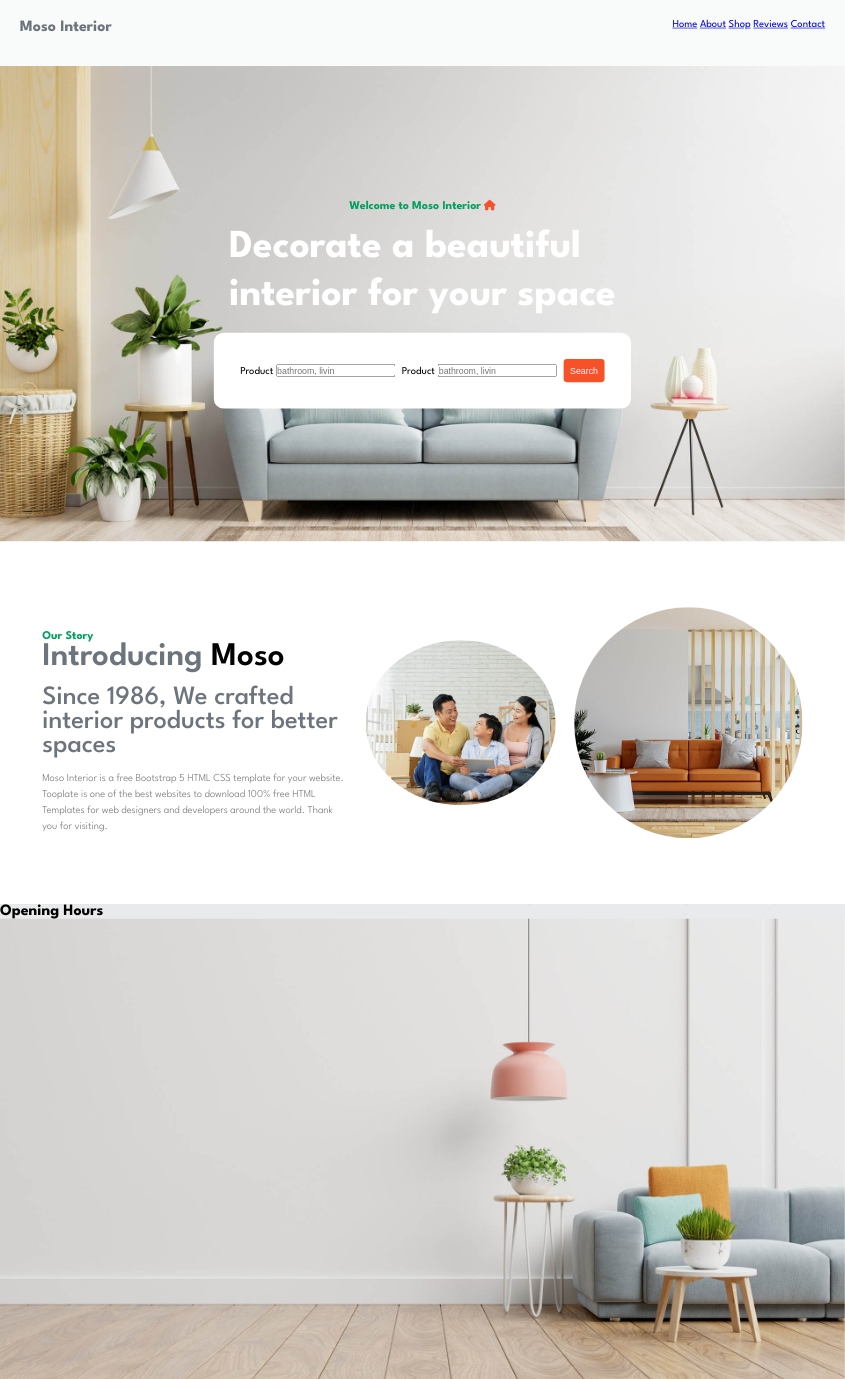
Repository: mariamnabil23/furniture
Page: index.html
An editor plug-in stored every save of this project. The page is shown before and after the next save, followed by the edit.
The browser window is 1280 px wide. The pictures show the whole page, at 66% of full size.
Some web fonts or font styles are not loaded; a fallback is used.

Above is the page before, as saved 2024-10-30 16:46:56.

After the next save:
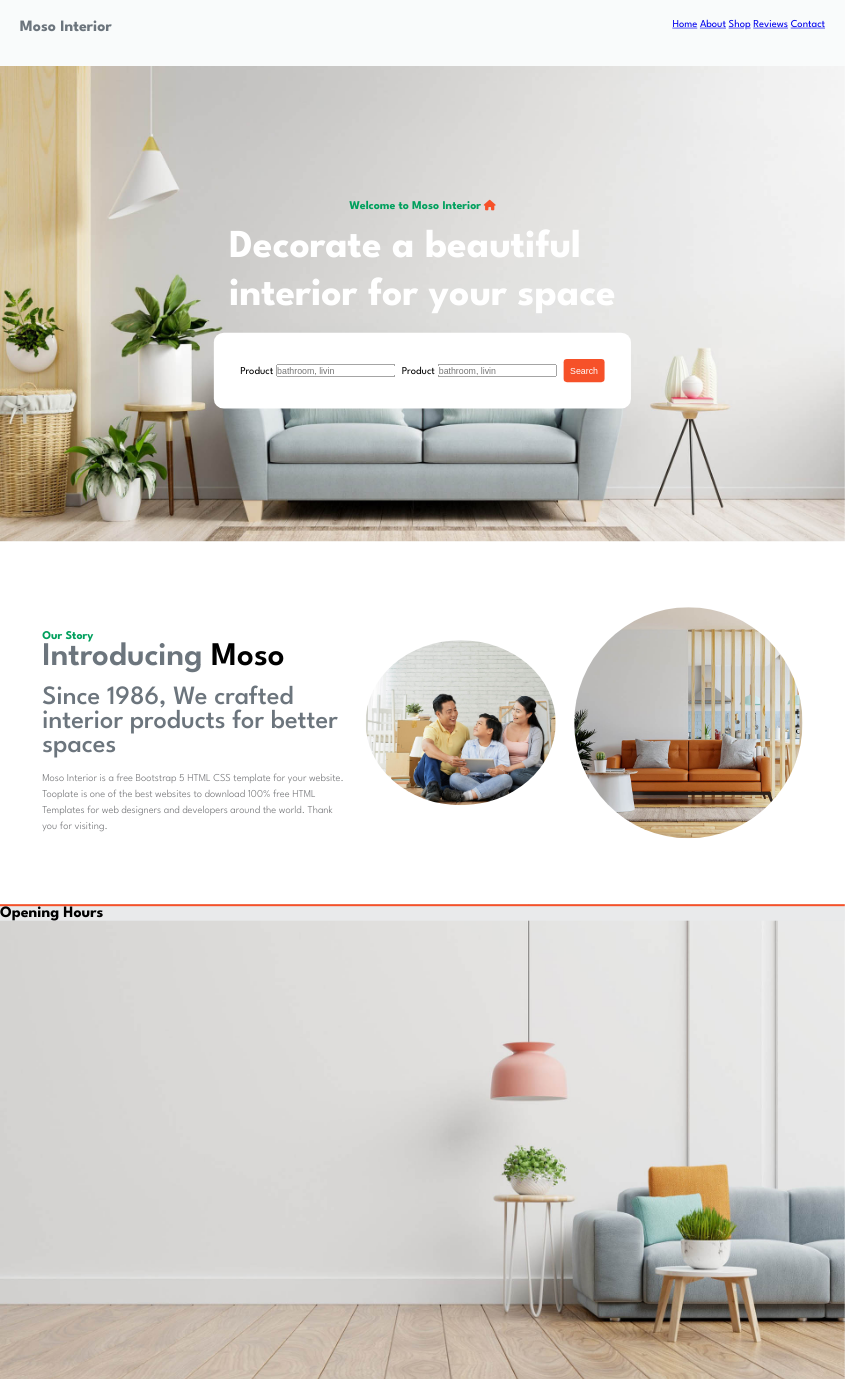
Saved 5 s later.
--- a/style.css
+++ b/style.css
@@ -161,7 +161,7 @@ ul{
 }
 .open .content{
     background-color: #e9eaeb;
-    border-top: ;
+    border-top: 3px solid #f65129;
 }
 .open h1{
 
